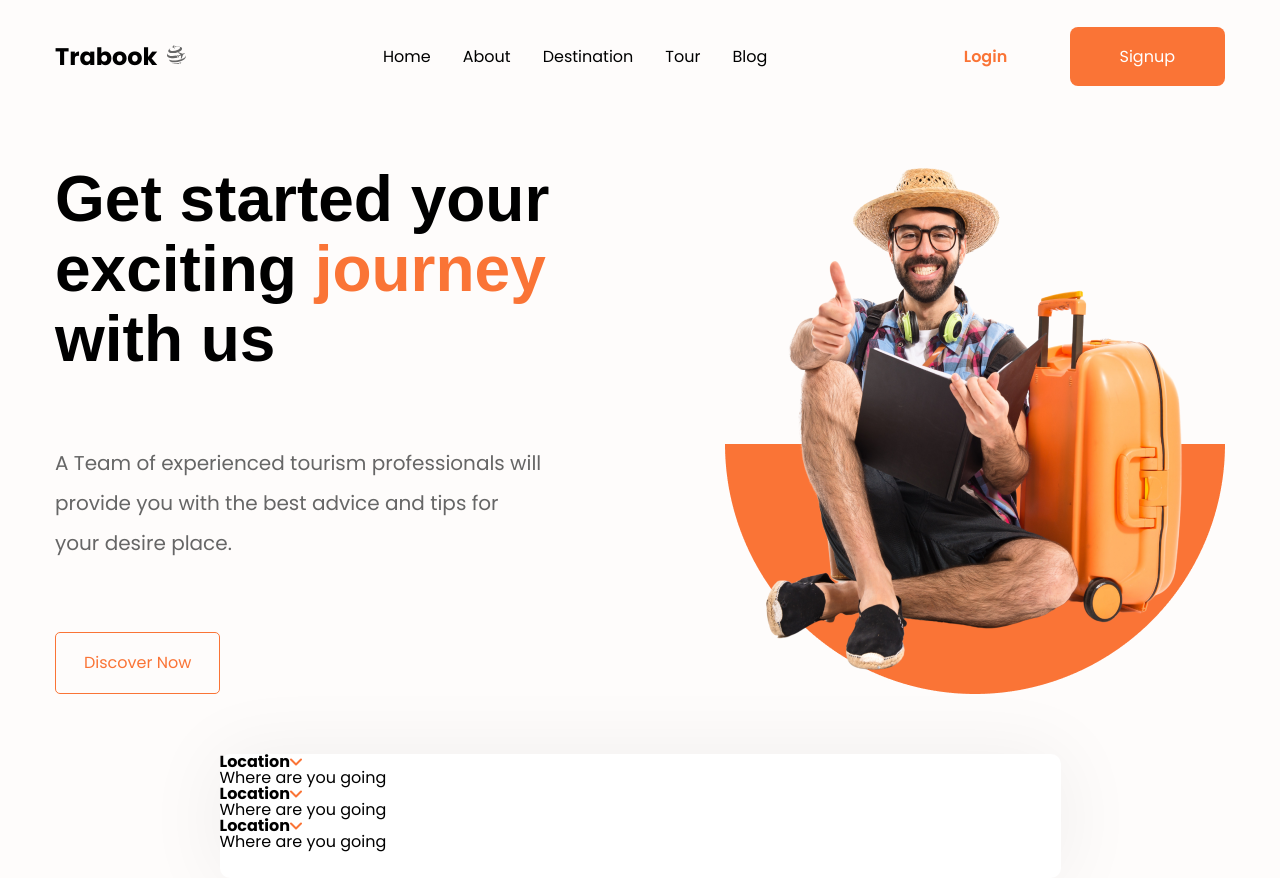
Repository: phobo99/phobo99.github.io
Page: Trabook/index.html
The author's editor kept a copy of each file at every save. The page is drawn from the files as they stood at one save, then again after the next save.
The browser window is 1280 px wide. The pictures show the whole page.
Some web fonts or font styles are not loaded; a fallback is used. Some web libraries are served in a nearby version. The style sheet was rebuilt from its Sass, Less or Tailwind sources for each picture, by a compiler version that may differ from the author's.

Above is the page before, as saved 2022-06-18 22:55:48.

After the next save:
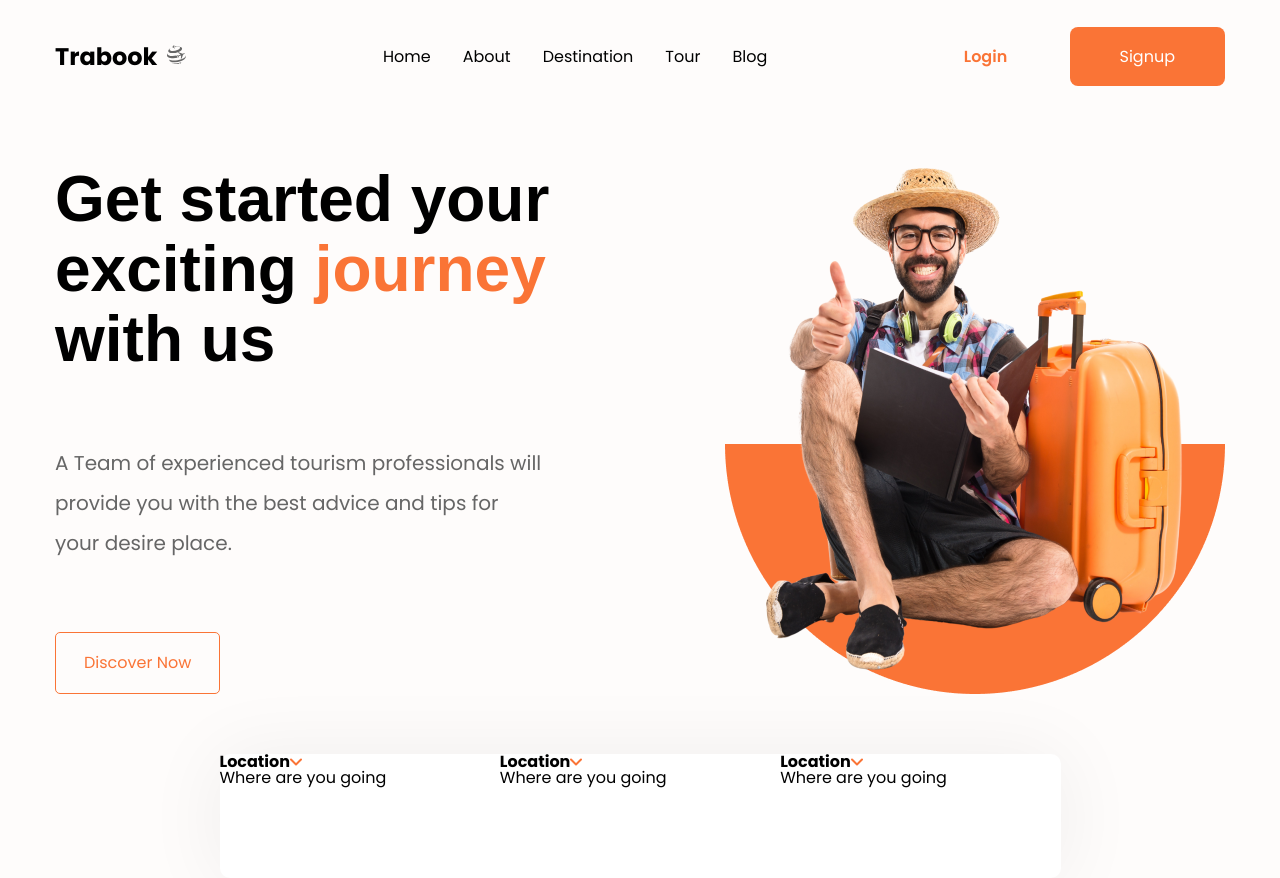
Saved 26 s later.
--- a/Trabook/style.scss
+++ b/Trabook/style.scss
@@ -135,6 +135,8 @@ h1 {
       box-shadow: 0px 2px 80px 2px rgba(0, 0, 0, 0.06);
       border-radius: 10px;
       .list-search {
+        display: grid;
+        grid-template-columns: repeat(3, 1fr);
         .item-search {
           display: flex;
           flex-direction: column;
